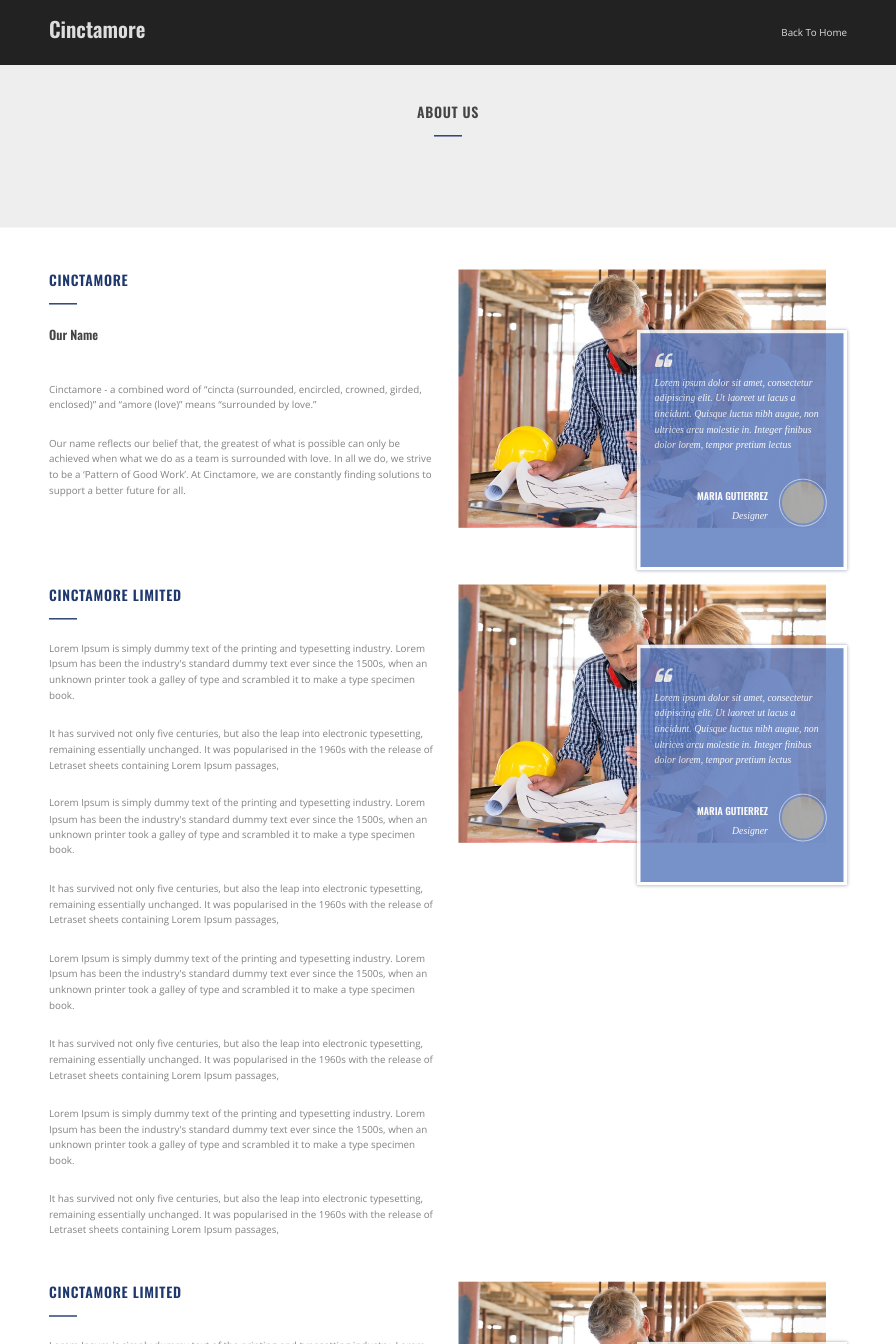
Repository: techieaccl/techieaccl.github.io
Page: about-us.html
An editor plug-in stored every save of this project. The page is shown before and after the next save, followed by the edit.
The browser window is 1280 px wide. The pictures show the part of the page from y = 0 to 1920 px (the page is 3313 px tall), at 70% of full size.
Pictures or frames that could not be fetched are drawn as grey boxes. Some web fonts or font styles are not loaded; a fallback is used.

Above is the page before, as saved 2021-09-08 20:38:26.

After the next save:
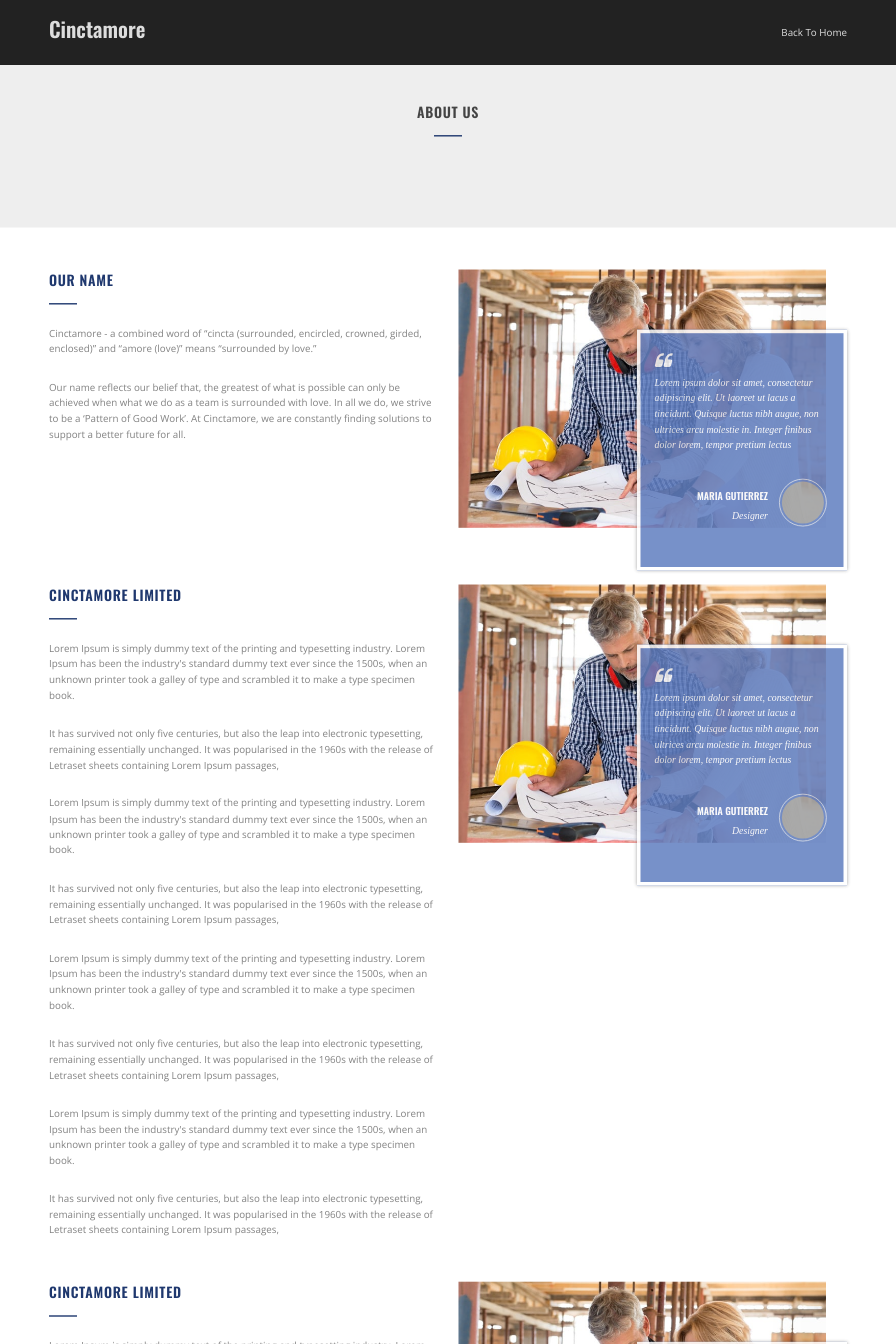
Saved 48 s later.
--- a/about-us.html
+++ b/about-us.html
@@ -75,10 +75,8 @@
 
 									<!-- sec-title -->
 									<div class="sec-title sec-title__lg-title">
-										<h2 class="sec-title__title"><span>Cinctamore </span></h2><span class="sec-title__divider"></span>
-									</div><!-- End / sec-title -->
-
-									<h4><p><strong>Our Name</strong></p></h4><br><br>
+										<h2 class="sec-title__title"><span>Our Name</span></h2><span class="sec-title__divider"></span>
+									</div><!-- End / sec-title -->
 									<p>Cinctamore - a combined word of “cincta (surrounded, encircled, crowned, girded, enclosed)” and “amore (love)” means “surrounded by love.”</p><br>
 									<p>Our name reflects our belief that, the greatest of what is possible can only be achieved when what we do as a team is surrounded with love. In all we do, we strive to be a ‘Pattern of Good Work’.
 									 <span>At Cinctamore, we are constantly finding solutions to support a better future for all. </span></span></p><br>
